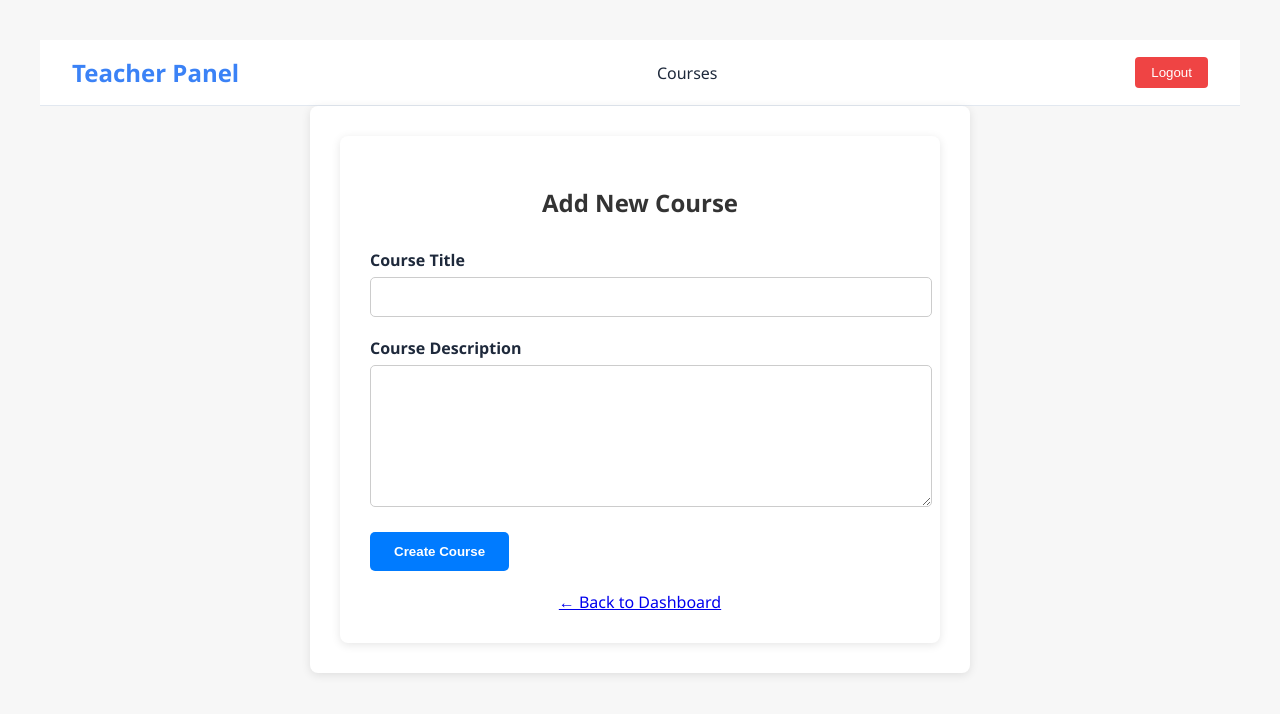
Repository: Fail2/Online-Classroom
Page: http://localhost/userpanel/teacher/add/courses/
An editor plug-in stored every save of this project. The page is shown before and after the next save, followed by the edit.
The browser window is 1280 px wide. The pictures show the whole page.
The page is served by the project's application, run on Django 5.2 (Edu_Frontend/manage.py).

Above is the page before, as saved 2025-05-27 01:25:19.

After the next save:
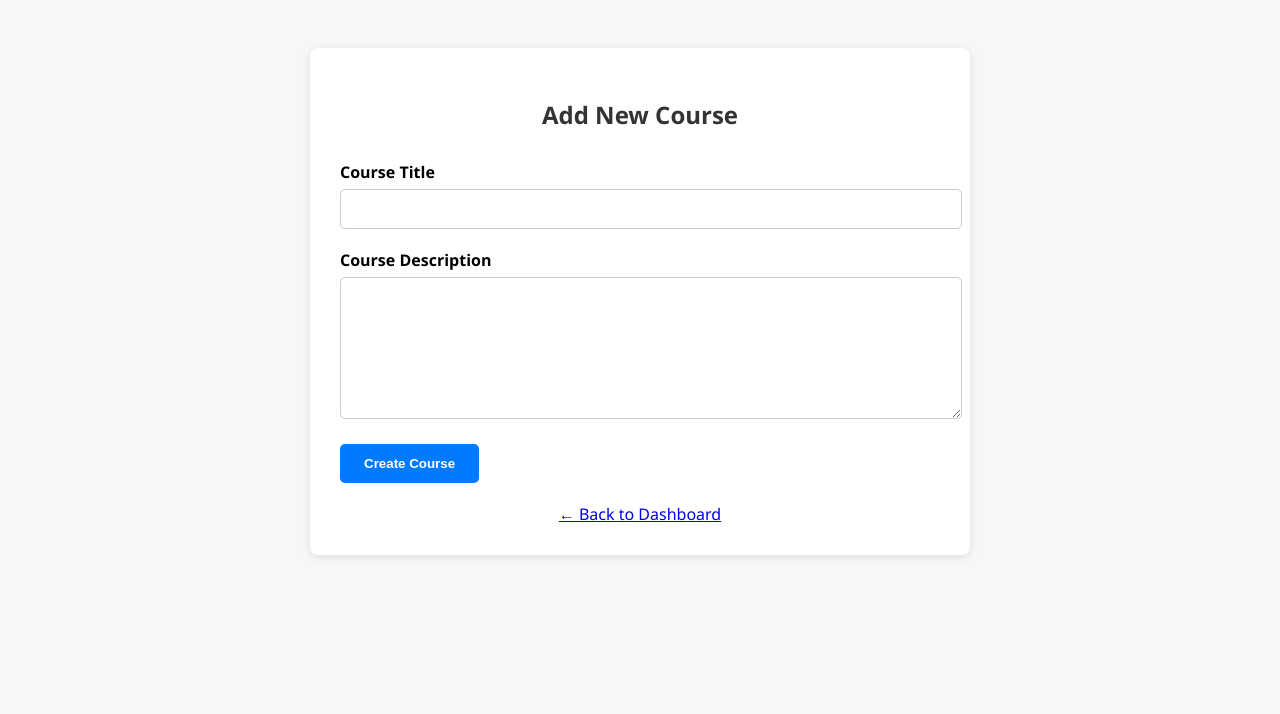
Saved 70 s later.
--- a/Education_Frontend/Edu_Frontend/userpanel/templates/teacher/add_course.html
+++ b/Education_Frontend/Edu_Frontend/userpanel/templates/teacher/add_course.html
@@ -1,7 +1,8 @@
-{% extends "teacher/base.html" %}
-
-    {%block title%}Add New Course {%endblock%}
-    {%block content%}
+<!DOCTYPE html>
+<html lang="en">
+<head>
+    <meta charset="UTF-8">
+    <title>Add New Course</title>
     <style>
         body {
             font-family: 'Segoe UI', sans-serif;
@@ -69,6 +70,8 @@
         }
 
     </style>
+</head>
+<body>
     <div class="container">
         <h2>Add New Course</h2>
         <form method="POST">
@@ -85,4 +88,5 @@
             <a href="{% url 'teacher-home' %}">← Back to Dashboard</a>
         </div>
     </div>
-{%endblock%}
+</body>
+</html>
